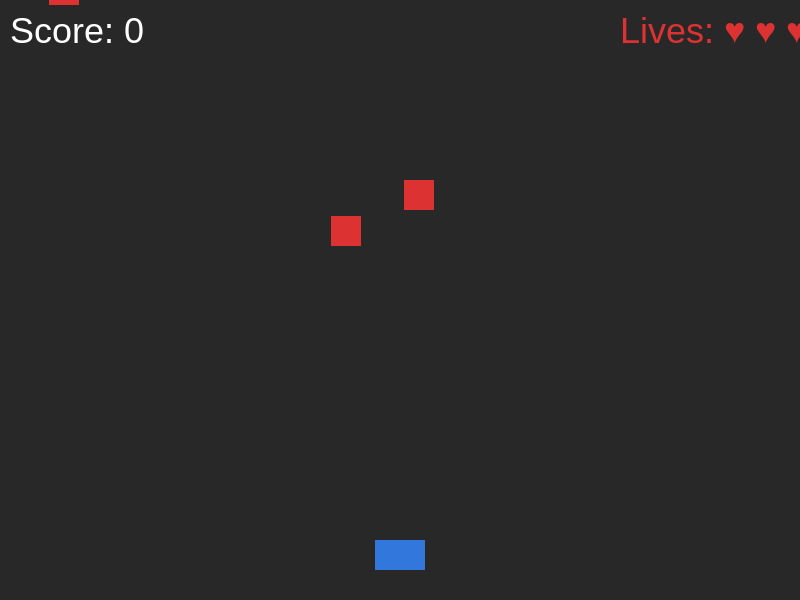
Repository: Magodang/20260181
Script's output: python week5fd/week5.py
The author's editor kept a copy of each file at every save. The script's output is drawn from the files as they stood at one save, then again after the next save.
The window is shown after at most 60 frames with no key pressed. A system font it names is replaced by a similar one. Random numbers start from a fixed seed.

Above is the script's output before, as saved 2026-03-31 14:38:48.

After the next save:
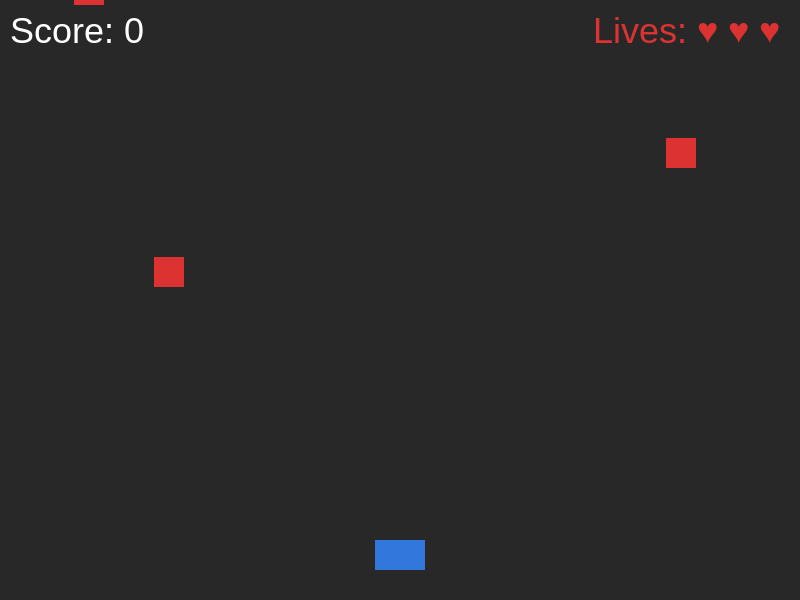
Saved 3 min 3 s later.
--- a/week5fd/week5.py
+++ b/week5fd/week5.py
@@ -29,19 +29,35 @@ font_big = get_korean_font(72)
 PLAYER_W, PLAYER_H = 50, 30
 ENEMY_W,  ENEMY_H  = 30, 30
 
-# 핵심 수정: 고정 난이도
-SPAWN_DELAY = 20          # 낮을수록 많이 생성 (기존 중간~빠름 수준)
+SPAWN_DELAY = 20
 MIN_SPEED = 5
 MAX_SPEED = 10
 
-def spawn_enemy():
-    x = random.randint(0, WIDTH - ENEMY_W)
-    speed = random.randint(MIN_SPEED, MAX_SPEED)
-    return pygame.Rect(x, -ENEMY_H, ENEMY_W, ENEMY_H), speed
+# 수정된 함수
+def spawn_enemy(score):
+    is_big = False
 
+    if score >= 50 and random.random() < 0.05:
+        is_big = True
+
+    if is_big:
+        w = ENEMY_W * 2
+        h = ENEMY_H * 2
+        speed = int(random.randint(MIN_SPEED, MAX_SPEED) * 0.7)
+    else:
+        w = ENEMY_W
+        h = ENEMY_H
+        speed = random.randint(MIN_SPEED, MAX_SPEED)
+
+    x = random.randint(0, WIDTH - w)
+    return pygame.Rect(x, -h, w, h), speed
+
+# 수정된 HUD
 def draw_hud(score, lives):
     screen.blit(font.render(f"Score: {score}", True, WHITE), (10, 10))
-    screen.blit(font.render(f"Lives: {'♥ ' * lives}", True, RED), (WIDTH - 180, 10))
+
+    life_text = font.render(f"Lives: {'♥ ' * lives}", True, RED)
+    screen.blit(life_text, (WIDTH - life_text.get_width() - 10, 10))
 
 def game_over_screen(score):
     screen.fill(GRAY)
@@ -81,7 +97,7 @@ def main():
         spawn_timer += 1
         if spawn_timer >= SPAWN_DELAY:
             spawn_timer = 0
-            rect, speed = spawn_enemy()
+            rect, speed = spawn_enemy(score)
             enemies.append([rect, speed])
 
         survived = []
